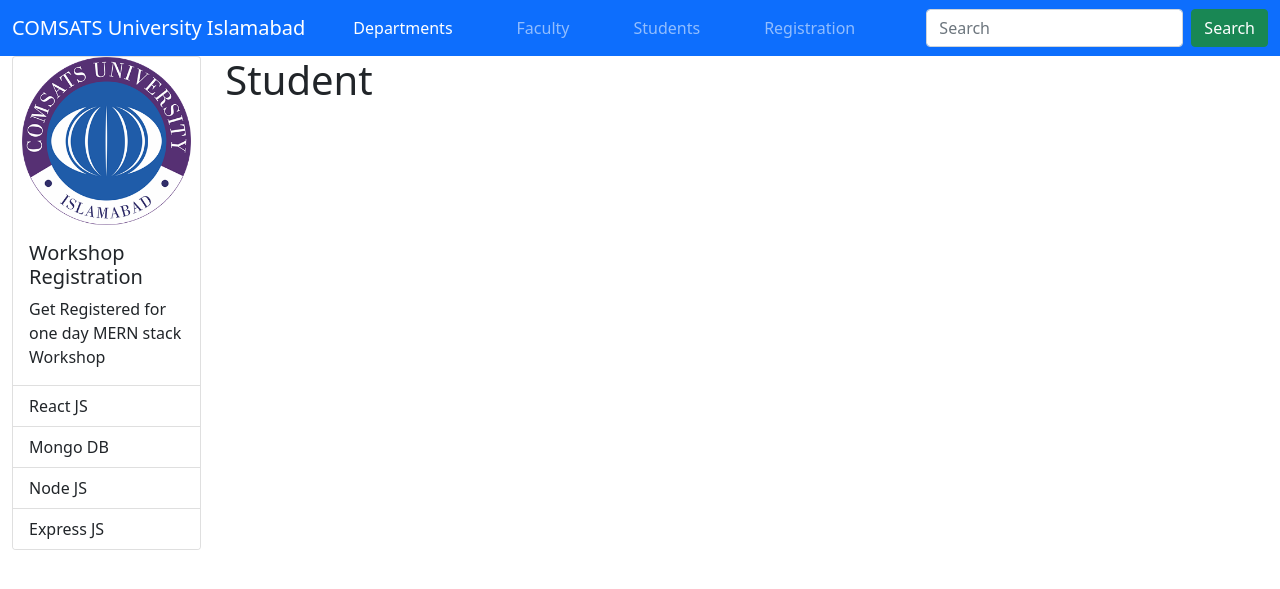
Repository: SaudCh/Web-Mid-Exams
Page: /list/sp19-bcs-078/BCS/Male/22-11-201
The author's editor kept a copy of each file at every save. The page is drawn from the files as they stood at one save, then again after the next save.
The browser window is 1280 px wide. The pictures show the whole page.
The project was rebuilt for these pictures with package versions that can differ from the ones it lists, and the page was loaded fresh each time. Also part of the build but not shown: src/Register/register.jsx, src/Invalid/invalid.jsx.

Above is the page before, as saved 2021-11-22 12:00:43.

### src/App.js
import React from "react";
import {
  BrowserRouter as Router,
  Switch,
  Route,
  Redirect,
} from "react-router-dom";
import "../node_modules/bootstrap/dist/css/bootstrap.min.css";
import "../node_modules/bootstrap/dist/js/bootstrap.bundle.min";
import Header from "./Shared/Header";
import SideBar from "./Shared/SideBar";
import Register from "./Register/register";
import Invalid from "./Invalid/invalid";
import Student from "./Students/student";

export default function App() {
  return (
    <Router>
      <Header />
      <div className="container-fluid">
        <div className="row">
          <div className="col-12 col-md-2">
            <SideBar />
          </div>
          <div className="col-12 col-md-10">
            <Switch>
              <Route path="/" exact>
                <div></div>
              </Route>
              <Route path="/register/" exact>
                <Register />
              </Route>
              <Route path="/invalid/" exact>
                <Invalid />
              </Route>
              <Route path="/list/:register/:program/:gender/:date" exact>
                <Student />
              </Route>
              <Redirect to="/invalid/" />
            </Switch>
          </div>
        </div>
      </div>
    </Router>
  );
}

### src/Shared/Header.jsx
import React from "react";
import { Link } from "react-router-dom";
export default function Header() {
  return (
    <nav class="navbar navbar-expand-lg navbar-dark bg-primary">
      <div class="container-fluid">
        <Link to="/" class="navbar-brand" href="#">
          COMSATS University Islamabad
        </Link>
        <button
          class="navbar-toggler"
          type="button"
          data-bs-toggle="collapse"
          data-bs-target="#navbarSupportedContent"
          aria-controls="navbarSupportedContent"
          aria-expanded="false"
          aria-label="Toggle navigation"
        >
          <span class="navbar-toggler-icon"></span>
        </button>
        <div class="collapse navbar-collapse" id="navbarSupportedContent">
          <ul class="navbar-nav me-auto mb-2 mb-lg-0">
            <li class="nav-item mx-md-4">
              <Link to="/" class="nav-link active" aria-current="page" href="#">
                Departments
              </Link>
            </li>
            <li class="nav-item mx-md-4">
              <Link to="/" class="nav-link" href="#">
                Faculty
              </Link>
            </li>

            <li class="nav-item mx-md-4">
              <Link
                to="/list/sp19-bcs-078/BCS/Male/22-11-201"
                class="nav-link"
                href="#"
                tabindex="-1"
                aria-disabled="true"
              >
                Students
              </Link>
            </li>
            <li class="nav-item mx-md-4">
              <Link
                to="/register/"
                class="nav-link"
                href="#"
                tabindex="-1"
                aria-disabled="true"
              >
                Registration
              </Link>
            </li>
          </ul>
          <form class="d-flex">
            <input
              class="form-control me-2"
              type="search"
              placeholder="Search"
              aria-label="Search"
            />
            <button
              class="btn btn-outline-success btn-success text-white"
              type="submit"
            >
              Search
            </button>
          </form>
        </div>
      </div>
    </nav>
  );
}

### src/Shared/SideBar.jsx
import React from "react";
import logo from "../public/comsats-logo.png";

export default function SideBar() {
  return (
    <div class="card">
      <img
        src={logo}
        class="card-img-top"
        style={{ width: "90%", alignSelf: "center" }}
        alt="..."
      />
      <div class="card-body">
        <h5 class="card-title">Workshop Registration</h5>
        <p class="card-text">Get Registered for one day MERN stack Workshop</p>
      </div>
      <ul class="list-group list-group-flush">
        <li class="list-group-item">React JS</li>
        <li class="list-group-item">Mongo DB</li>
        <li class="list-group-item">Node JS</li>
        <li class="list-group-item">Express JS</li>
      </ul>
    </div>
  );
}

### src/Students/student.jsx
import React from "react";

export default function student() {
  return (
    <div>
      <h1>Student</h1>
    </div>
  );
}

Loaded but not shown: public/index.html (common file); src/index.js (common file); src/index.css (common file); src/reportWebVitals.js (common file)

After the next save:
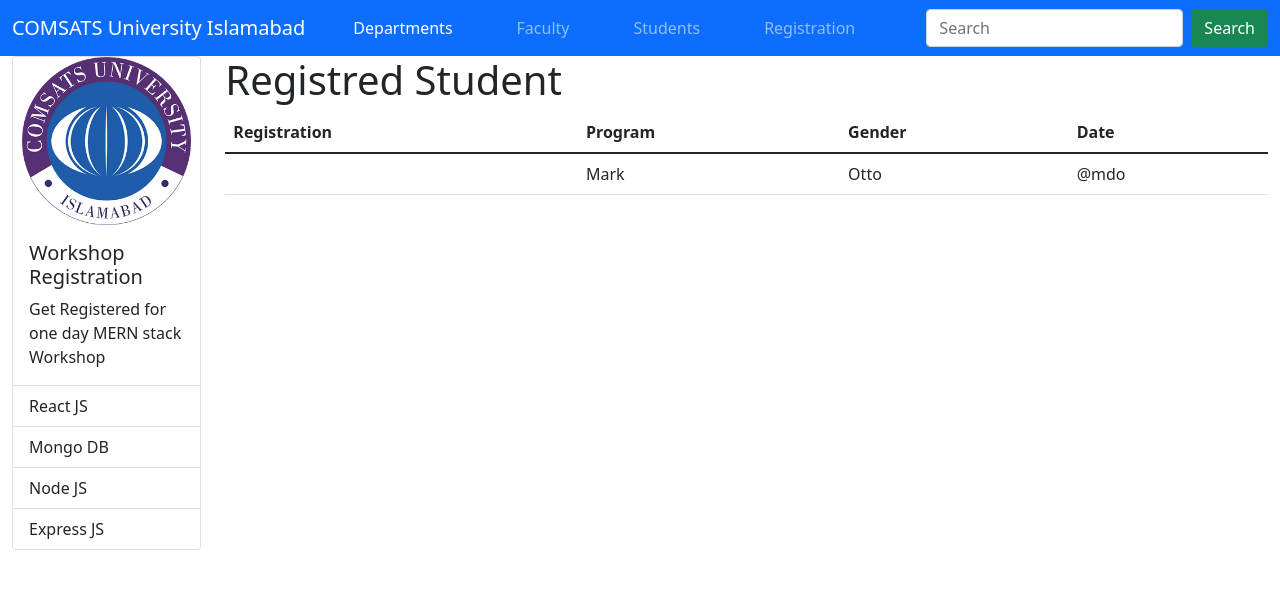
Saved 2 min 47 s later.
--- a/src/Students/student.jsx
+++ b/src/Students/student.jsx
@@ -1,9 +1,32 @@
 import React from "react";
+import { useParams } from "react-router";
 
 export default function student() {
+  const reg = useParams().register;
+  const pro = useParams().program;
+  const gender = useParams().gender;
+  const date = useParams().date;
   return (
     <div>
-      <h1>Student</h1>
+      <h1>Registred Student</h1>
+      <table class="table">
+        <thead>
+          <tr>
+            <th scope="col">Registration</th>
+            <th scope="col">Program</th>
+            <th scope="col">Gender</th>
+            <th scope="col">Date</th>
+          </tr>
+        </thead>
+        <tbody>
+          <tr>
+            <th>{}</th>
+            <td>Mark</td>
+            <td>Otto</td>
+            <td>@mdo</td>
+          </tr>
+        </tbody>
+      </table>
     </div>
   );
 }
